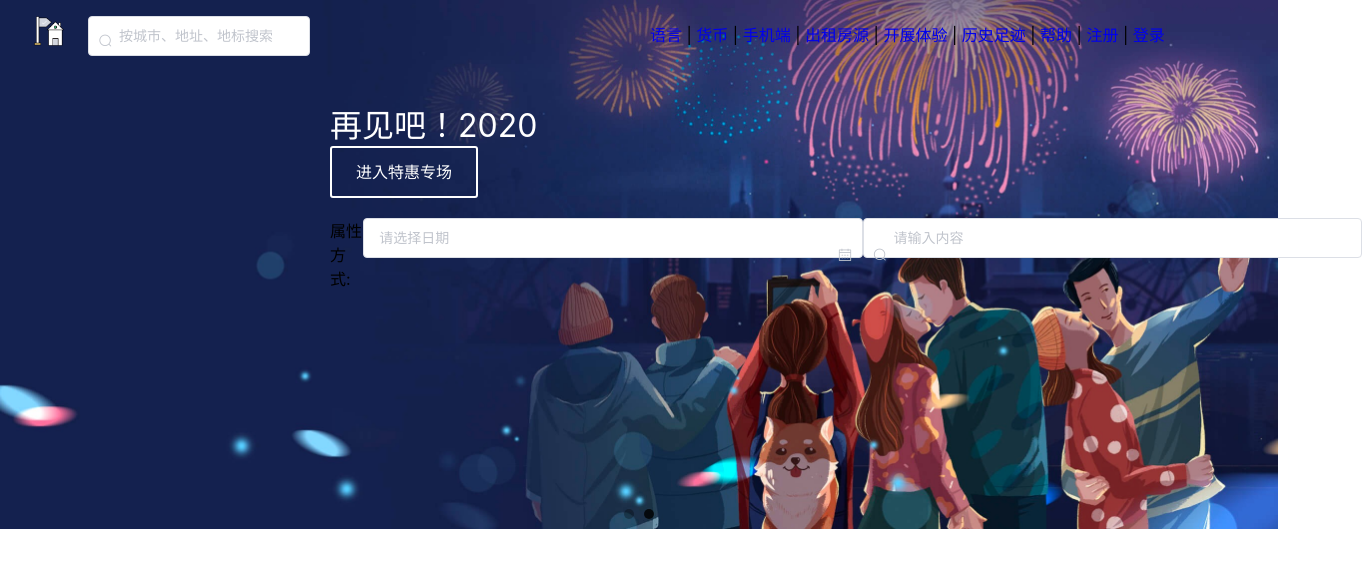
Repository: yz1181214391/my-airbnb
Page: /
The author's editor kept a copy of each file at every save. The page is drawn from the files as they stood at one save, then again after the next save.
The browser window is 1280 px wide. The page is 1362 px wide, so the pictures cover 1362 px, including what lies to the right of the window. The pictures show the whole page.
The project was rebuilt for these pictures with package versions that can differ from the ones it lists, and the page was loaded fresh each time. Also part of the build but not shown: src/views/Language.vue, src/views/Currency.vue, src/views/Enter.vue, src/views/Experience.vue, src/views/Help.vue, src/views/History.vue, src/views/Mobile.vue, src/views/Register.vue and 1 more.

Above is the page before, as saved 2020-12-09 16:53:06.

After the next save:
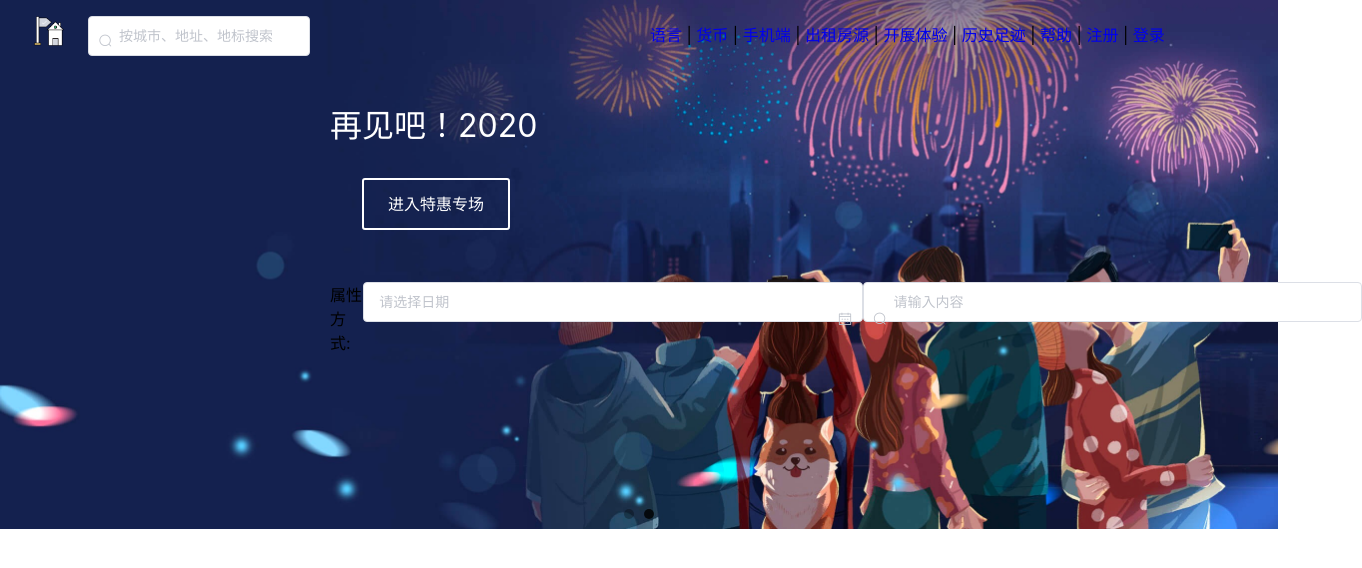
Saved 17 s later.
--- a/src/components/Header.vue
+++ b/src/components/Header.vue
@@ -129,5 +129,6 @@ export default {
   text-align: center;
   line-height: 48px;
   color:#fff;
+  margin: 32px;
 }
 </style>
